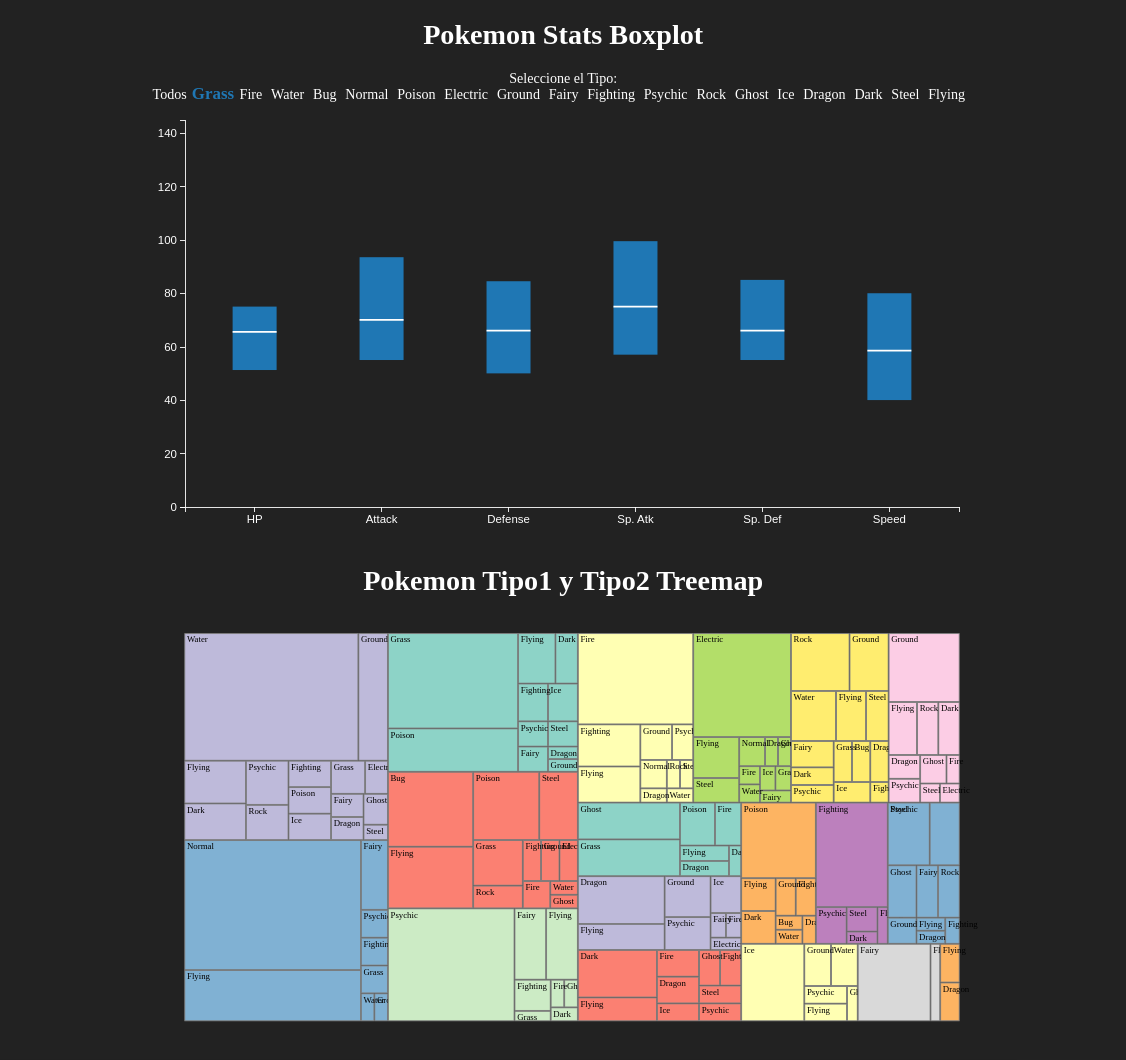
Repository: Cartterr/Proyecto-VisInfo
Page: Propuesta1_Tipos_Cajas.html
An editor plug-in stored every save of this project. The page is shown before and after the next save, followed by the edit.
The browser window is 1280 px wide. The pictures show the whole page, at 88% of full size.

Above is the page before, as saved 2023-06-28 04:10:21.

### Propuesta1_Tipos_Cajas.html
<!DOCTYPE html>
<html>
<head>
    <meta charset="utf-8">
    <title>Pokemon Stats Boxplot</title>
    <script src="https://d3js.org/d3.v7.min.js"></script>
</head>

<body>
    <h1>Pokemon Stats Boxplot</h1>
    <link rel="stylesheet" href="Propuesta1_Tipos_Cajas.css">
    <div>
        <label for="typeSelect">Seleccione el Tipo:</label>
        <div class="type-list-container">
            <ul class="type-list" id="typeList"></ul>
        </div>
    </div>
    <div id="boxplot"></div>
    <h1>Pokemon Tipo1 y Tipo2 Treemap</h1>
    <div id="treemap"></div>
    <script src="Propuesta1_Tipos_Cajas.js"></script>
</body>
</html>

### Propuesta1_Tipos_Cajas.css
body {
    margin: 0 auto;
    background-color: #222;
    color: white;
    max-width: 80%;
    min-width: 500px;
    text-align: center;
}

.box {
    fill: #1f77b4;
    cursor: pointer;
    position: relative; /* Agregado */
}

.box:hover {
    fill: #456b86;
}

.tooltip {
    position: absolute;
    background-color: #fff;
    border: 1px solid #ccc;
    padding: 10px;
    pointer-events: none;
    opacity: 0;
    transition: opacity 0.3s ease-in-out;
    top: -40px; /* Agregado */
    left: 0; /* Agregado */
    width: 100px; /* Agregado */
    text-align: center; /* Agregado */
}

.box:hover .tooltip {
    opacity: 1;
}

.median {
    stroke: white;
    stroke-width: 2px;
}

.axis text {
    font-size: 13px;
}

.axis line,
.axis path {
    fill: none;
    stroke: white;
    shape-rendering: crispEdges;
}

.type-list-container {
    display: flex;
    justify-content: center;
}

.type-list {
    display: flex;
    white-space: nowrap;
    padding: 0;
    margin: 0;
    list-style-type: none;
}

.type-list li {
    margin-right: 10px;
    transition: transform 0.3s;
}

.type-list li:hover {
    transform: scale(1.1);
}

.type-list li.selected {
    transform: scale(1.2);
    font-weight: bold;
    color: #1f77b4;
}

.type-list-container {
    overflow-y: hidden;
}

.type-list {
    display: flex;
    white-space: nowrap;
    padding: 0;
    margin: 0;
    list-style-type: none;
}

.type-list li {
    margin-right: 10px;
}

text {
    font-size: 10px;
}

### Propuesta1_Tipos_Cajas.js


let selectedType = 'Todos';

d3.csv("pokemon.csv").then(data => {
    const types = Array.from(new Set(data.map(d => d["Type 1"])));
    const statNames = ["HP", "Attack", "Defense", "Sp. Atk", "Sp. Def", "Speed"];

    const margin = { top: 20, right: 30, bottom: 40, left: 50 },
        width = 960 - margin.left - margin.right,
        height = 500 - margin.top - margin.bottom;

    const svg = d3.select("#boxplot")
        .append("svg")
        .attr("width", width + margin.left + margin.right)
        .attr("height", height + margin.top + margin.bottom)
        .append("g")
        .attr("transform", `translate(${margin.left},${margin.top})`);

    const x = d3.scaleBand()
        .range([0, width])
        .padding(0.1);

    const y = d3.scaleLinear()
        .range([height, 0]);

    const xAxis = d3.axisBottom(x);
    const yAxis = d3.axisLeft(y);

    svg.append("g")
        .attr("class", "axis x-axis")
        .attr("transform", `translate(0,${height})`)
        .call(xAxis);

    svg.append("g")
        .attr("class", "axis y-axis")
        .call(yAxis);

    const updateBoxPlot = (selectedType) => {
        let typeData;
        if (selectedType === 'Todos') {  // Add this condition
            typeData = data;
        } else {
            typeData = data.filter(d => d["Type 1"] === selectedType);
        }

        const typeStats = statNames.map(stat => typeData.map(d => +d[stat]));

        x.domain(statNames);
        y.domain([0, d3.max(typeStats, d => d3.max(d))]);

        svg.select(".x-axis")
            .call(xAxis);

        svg.select(".y-axis")
            .transition()
            .duration(250)
            .call(yAxis);

        const boxWidth = Math.min(50, x.bandwidth());

        svg.selectAll(".box")
            .data(typeStats)
            .join("rect")
            .transition()
            .duration(450)
            .attr("class", "box")
            .attr("x", (d, i) => x(statNames[i]) + (x.bandwidth() - boxWidth) / 2)
            .attr("width", boxWidth)
            .attr("y", d => y(d3.quantile(d, 0.75)))
            .attr("height", d => y(d3.quantile(d, 0.25)) - y(d3.quantile(d, 0.75)));

        typeList.selectAll("li")
            .classed("selected", d => d === selectedType);

        svg.selectAll(".median")
            .data(typeStats)
            .join("line")
            .transition()
            .duration(450)
            .attr("class", "median")
            .attr("x1", (d, i) => x(statNames[i]) + (x.bandwidth() - boxWidth) / 2)
            .attr("x2", (d, i) => x(statNames[i]) + (x.bandwidth() + boxWidth) / 2)
            .attr("y1", d => y(d3.median(d)))
            .attr("y2", d => y(d3.median(d)));


    };

    const typeList = d3.select("#typeList");
    typeList.selectAll("li")
        .data(['Todos'].concat(types))  // Add 'Todos' to the list
        .enter()
        .append("li")
        .text(d => d)
        .on("click", function () {
            let clickedType = d3.select(this).text();

            if (clickedType === selectedType) {
                selectedType = 'Todos';
            } else {
                selectedType = clickedType;
            }

            svgTreemap.selectAll("rect")
                .attr("opacity", d => d.parent.data.name === selectedType || selectedType === 'Todos' ? 1 : 0.3);

            updateBoxPlot(selectedType);
        });


    // Initialize with the first type
    updateBoxPlot(types[0]);

    // Add an id for each Pokemon (needed to compute hierarchy)
    data.forEach((d, i) => d.id = i);


   //TREEMAP
    const color = d3.scaleOrdinal()
    .domain(types)
    .range(d3.schemeSet3);

    // Group the data by Type 1 and Type 2
    let groupedData = d3.group(data, d => d["Type 1"], d => d["Type 2"]);

    // Convert the grouped data into a hierarchical structure
    let hierarchyData = { name: "root", children: [] };
    for (let [type1, values1] of groupedData) {
        let type1Node = { name: type1, children: [] };
        for (let [type2, values2] of values1) {
            type1Node.children.push({ name: type2, value: values2.length });
        }
        hierarchyData.children.push(type1Node);
    }


    // Building the treemap
    const root = d3.hierarchy(hierarchyData)
        .sum(d => d.value)
        .sort((a, b) => b.value - a.value);

    d3.treemap()
        .size([width, height])
        .paddingInner(1)
        (root);

    const svgTreemap = d3.select("#treemap")
        .append("svg")
        .attr("width", width + margin.left + margin.right)
        .attr("height", height + margin.top + margin.bottom)
        .append("g")
        .attr("transform", `translate(${margin.left},${margin.top})`);

    // Create a parent groups for Type 1
    const groups = svgTreemap.selectAll('g')
        .data(root.children)
        .enter()
        .append('g');

    let selectedTypeNode = null;

    // Create a subgroup for each leaf under Type 1 group
    groups.selectAll("rect")
        .data(d => d.leaves())
        .enter()
        .append("rect")
        .attr("x", d => d.x0)
        .attr("y", d => d.y0)
        .attr("width", d => d.x1 - d.x0)
        .attr("height", d => d.y1 - d.y0)
        .attr("fill", d => color(d.parent.data.name)) // color according to Type 1
        .attr("stroke", "grey")
        .attr("opacity", 1)
        .on("click", function(event, d) {
            svgTreemap.selectAll("rect")
                .attr("opacity", 0.3); // reduce opacity for all rectangles

            if (selectedTypeNode) {

                selectedTypeNode.selectAll("rect")
                    .attr("opacity", 0.3); // reset opacity for previously selected group
            }

            if (selectedTypeNode === d3.select(this.parentNode)) {
                selectedTypeNode = null;
            } else {
                selectedTypeNode = d3.select(this.parentNode);

                selectedTypeNode.selectAll("rect")
                    .attr("opacity", 1); // set full opacity for selected group
            }

            const type = d.parent.data.name; // Type 1
            selectedType = selectedType === type ? 'Todos' : type;

            svgTreemap.selectAll("rect")
                .attr("opacity", d => selectedType === 'Todos' || d.parent.data.name === selectedType ? 1 : 0.3);


            typeList.selectAll("li")
                .classed("selected", d => d === selectedType);

            updateBoxPlot(selectedType);
        });

    // Add labels for Type 2 and Type 1
    groups.selectAll("text.type2")
        .data(d => d.leaves())
        .enter()
        .append("text")
        .attr("class", "type2")
        .attr("x", d => d.x0 + 2.5)
        .attr("y", d => d.y0 + 10)
        .text(function(d) {
            var textHeight = this.getBBox().height;
            return textHeight < (d.y1 - d.y0) ? d.data.name : '...';
          })

        .append("title")  // Tooltip to show full name on hover
        .text(d => d.data.name);

    groups.append("text")
        .attr("class", "type1")
        .attr("x", d => d.x0 + 2.5)
        .attr("y", d => d.y0 + 10)
        .text(d => d.data.name) // show Type 1
        .append("title")  // Tooltip to show full name on hover
        .text(d => d.data.name);
});

After the next save:
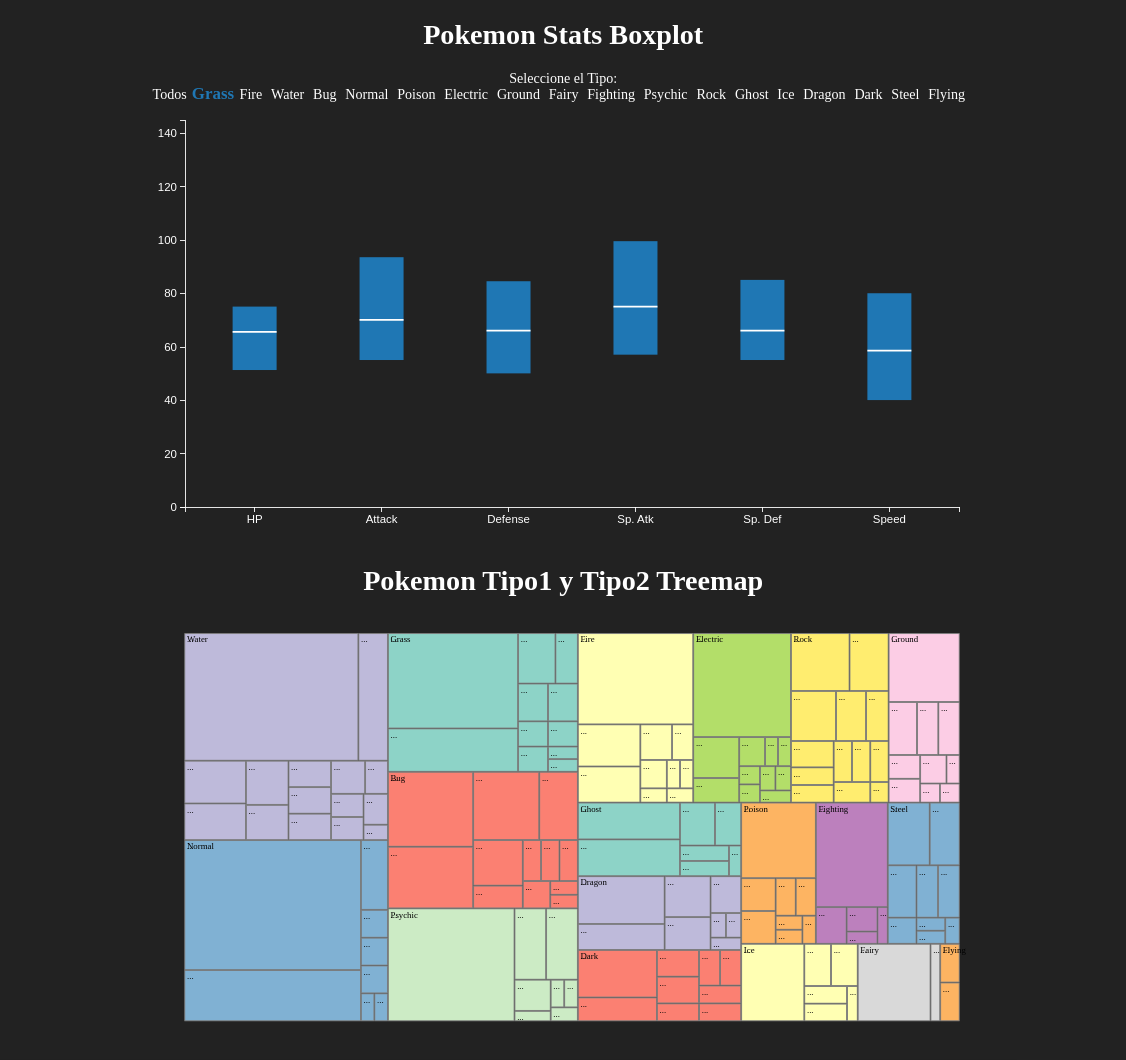
Saved 50 s later.
--- a/Propuesta1_Tipos_Cajas.js
+++ b/Propuesta1_Tipos_Cajas.js
@@ -212,11 +212,8 @@
         .attr("class", "type2")
         .attr("x", d => d.x0 + 2.5)
         .attr("y", d => d.y0 + 10)
-        .text(function(d) {
-            var textHeight = this.getBBox().height;
-            return textHeight < (d.y1 - d.y0) ? d.data.name : '...';
-          })
-
+        .text(d => d.data.name.length * 6 < (d.x1 - d.x0) ? d.data.name : `${d.data.name.slice(0, (d.x1 - d.x0) / 6)}...`) // Truncate text if it doesn't fit
+        .text(d => d.data.name.height < (d.y1 - d.y0) ? `aa...` : `...`)
         .append("title")  // Tooltip to show full name on hover
         .text(d => d.data.name);
 
